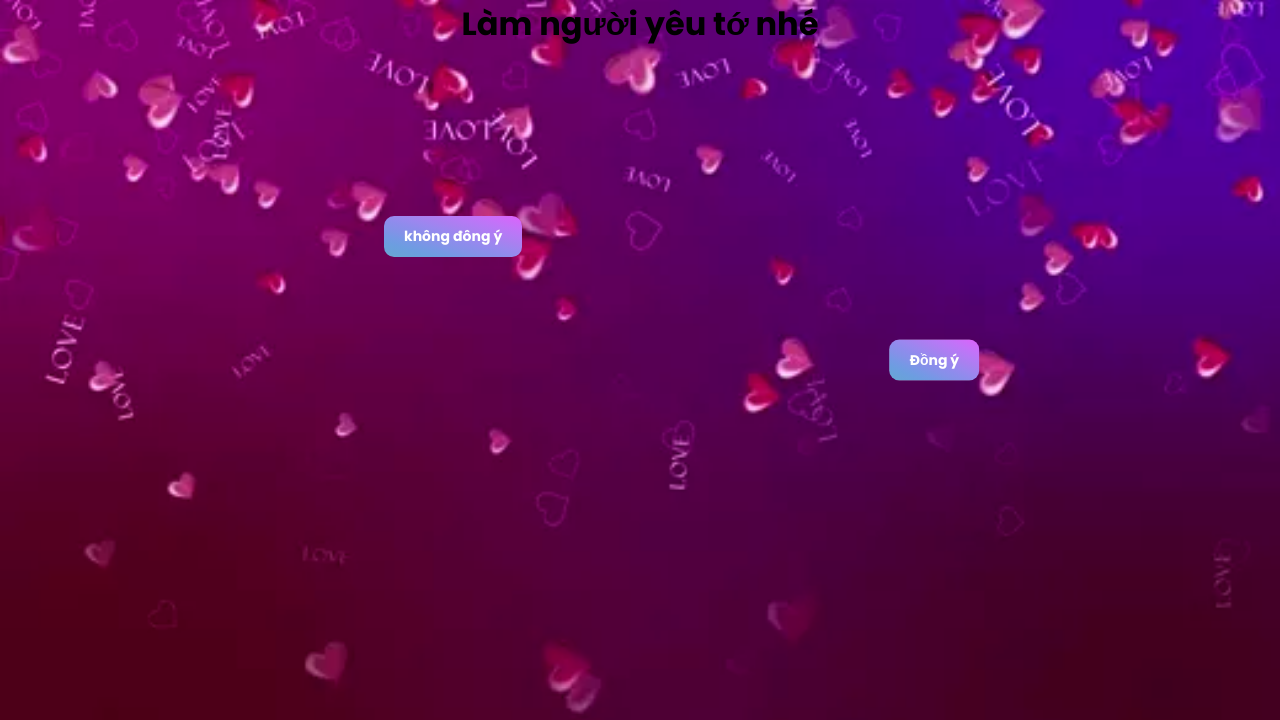
Repository: kuluong2000/love
Page: index.html
An editor plug-in stored every save of this project. The page is shown before and after the next save, followed by the edit.
The browser window is 1280 px wide. The pictures show the whole page.

Above is the page before, as saved 2022-06-05 09:59:53.

### index.html
<!DOCTYPE html>
<html lang="en">
  <head>
    <meta charset="UTF-8" />
    <meta http-equiv="X-UA-Compatible" content="IE=edge" />
    <meta name="viewport" content="width=device-width, initial-scale=1.0" />
    <link rel="stylesheet" href="app.css" />
    <title>Document</title>
  </head>
  <body>
    <div class="love">
      <h1>Làm người yêu tớ nhé</h1>
      <button class="love-success btn">Đồng ý</button>
      <button class="love-fail btn">không đông ý</button>
    </div>
    <div class="box">
      <h2>Yêu cậu</h2>
      <p>Moaaaaaaaaaaa</p>
    </div>
    <script src="./app.js"></script>
  </body>
</html>

### app.css
@import url("https://fonts.googleapis.com/css2?family=Poppins:ital,wght@0,300;0,400;0,500;0,600;0,700;1,300;1,400;1,500;1,600;1,700&display=swap");
* {
  padding: 0;
  margin: 0;
  box-sizing: border-box;
}
body {
  font-family: "Poppins", sans-serif;
}
.love {
  position: relative;
  width: 100%;
  height: 100vh;
  background: url("./image/bg.webp") no-repeat center / cover;
}
h1 {
  text-align: center;
}
.btn {
  display: inline-block;
  position: absolute;
  border: none;
  outline: none;
  cursor: pointer;
  padding: 10px 20px;
  border-radius: 10px;
  background-image: linear-gradient(to right top, #6ba6d1, #69a2d9, #6c9ee0, #7698e5, #8491e8, #8e8cec, #9b87ef, #a980f0, #b57af5, #c273f8, #d06afa, #df5ffb);
  color: white;
  font-size: 14px;
  font-family: "Poppins", sans-serif;
  font-weight: bold;
  transition: color 0.2s ease;
  overflow: hidden;
}

.btn::before {
  content: "";
  position: absolute;
  width: 0%;
  height: 100%;
  top: 0;
  right: 0;

  /* background-color: transparent; */
  transition: width 0.2s cubic-bezier(0.29, 0.18, 0.26, 0.83);
  background-image: linear-gradient(to right top, #6b74d1, #736ddb, #8065e3, #905ae8, #a34aeb, #b33ee4, #c12ddb, #ce12d2, #d508c1, #d808b0, #da12a1, #d91d93);

  z-index: -1;
}
.btn:hover::before {
  width: 100%;
  left: 0;
}
.love-success {
  right: 20%;
  top: 50%;
  transform: translate(-50%, -50%);
}
.love-fail {
  top: 30%;
  left: 30%;
  transform: translate(0);
}
.box {
  position: absolute;
  top: 50%;
  left: 50%;
  width: 300px;
  height: 200px;
  border-radius: 10px;
  transform: translate(-50%, -50%);
  background-image: linear-gradient(to right, #6b74d1, #736ddb, #8065e3, #905ae8, #a34aeb, #b33ee4, #c12ddb, #ce12d2, #d508c1, #d808b0, #da12a1, #d91d93);
  box-shadow: rgba(100, 100, 111, 0.2) 0px 7px 29px 0px;
  color: white;
  display: flex;
  align-items: center;
  justify-content: center;
  flex-direction: column;
  opacity: 0;
  visibility: hidden;
  transform: scale(0);
  transition: transform 0.3s linear;
  z-index: 999999;
}
.box.open {
  opacity: 1;
  visibility: visible;
  transform: scale(1);
}

### app.js
let position = document.body.getBoundingClientRect();
let widthBody = position.width;
let height = position.height;
let btnSuccess = document.querySelector(".love-success");
const btnFail = document.querySelector(".love-fail");
const btnSize = btnFail.offsetWidth;
const box = document.querySelector(".box");
btnFail.addEventListener("mouseenter", () => {
  btnFail.style.left = `${Math.random() * widthBody}px`;

  btnFail.style.top = `${Math.random() * height}px`;
  //   btnFail.style.left = `${Math.random() * widthBody}px`;
  //   btnFail.style.left = `${Math.random() * widthBody}px`;
});
btnSuccess.addEventListener("click", () => {
  box.classList.add("open");
});

After the next save:
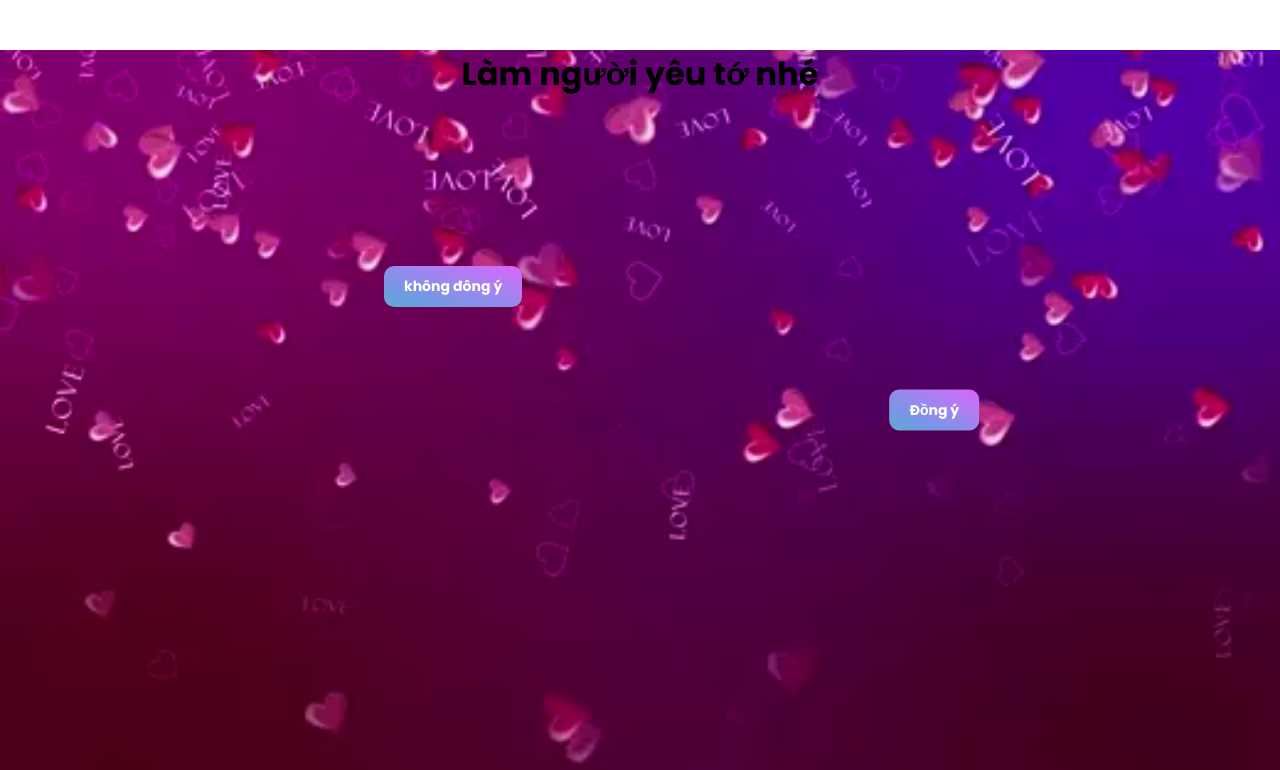
Saved 18 s later.
--- a/app.css
+++ b/app.css
@@ -15,6 +15,7 @@
 }
 h1 {
   text-align: center;
+  margin-top: 50px;
 }
 .btn {
   display: inline-block;

After the save that followed:
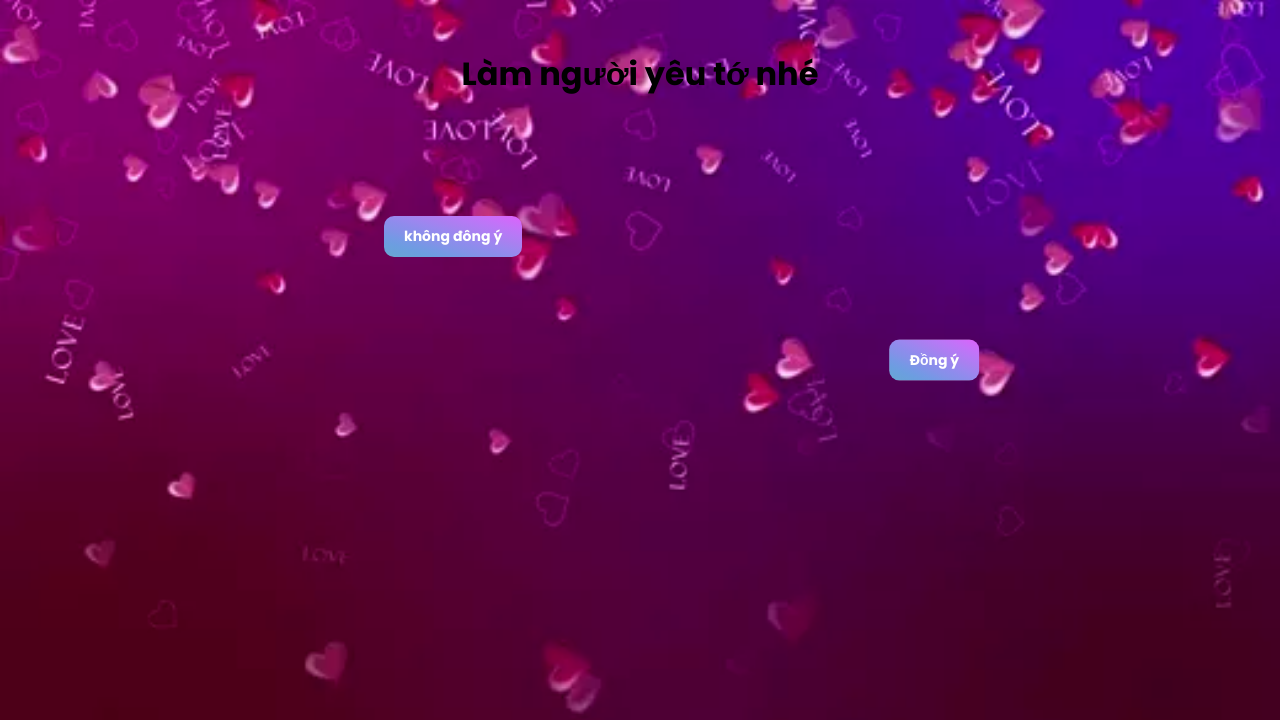
Saved 6 s later.
--- a/app.css
+++ b/app.css
@@ -15,7 +15,7 @@
 }
 h1 {
   text-align: center;
-  margin-top: 50px;
+  padding-top: 50px;
 }
 .btn {
   display: inline-block;
